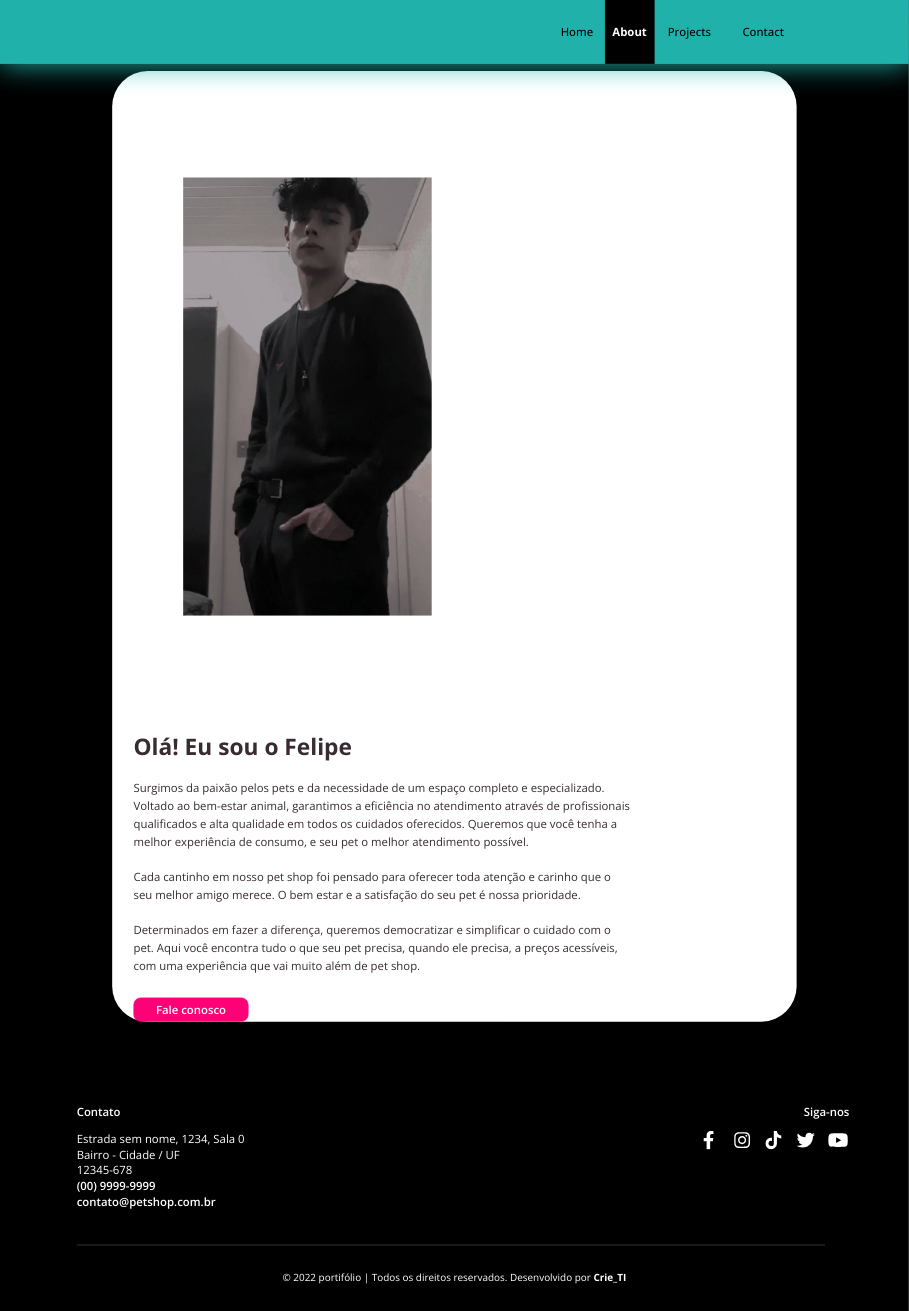
Repository: Fel1pit0/CRIE_TI
Page: Projetos/Portifólio/about.html
An editor plug-in stored every save of this project. The page is shown before and after the next save, followed by the edit.
The browser window is 1280 px wide. The pictures show the whole page, at 71% of full size.

Above is the page before, as saved 2022-05-25 14:40:52.

After the next save:
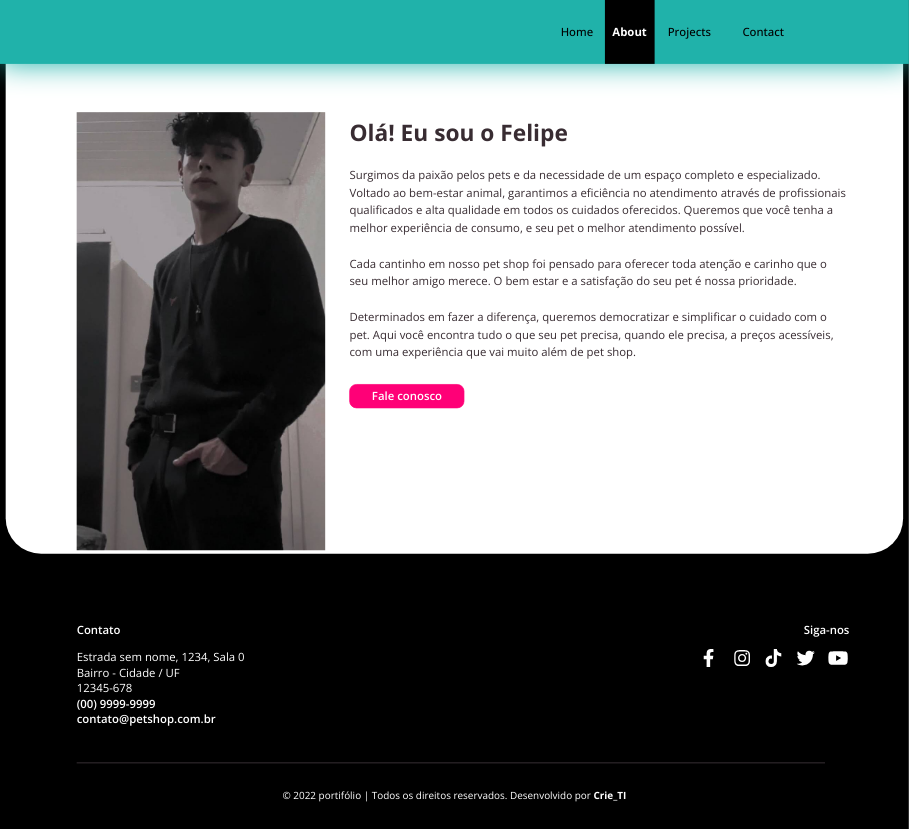
Saved 12 s later.
--- a/Projetos/Portifólio/styles.css
+++ b/Projetos/Portifólio/styles.css
@@ -291,7 +291,6 @@ footer{
 #about{
   margin-bottom: 5em;
   background-color: white;
-  margin: 100px 150px;
   border-radius: 50px;
 }
 .image-about{
